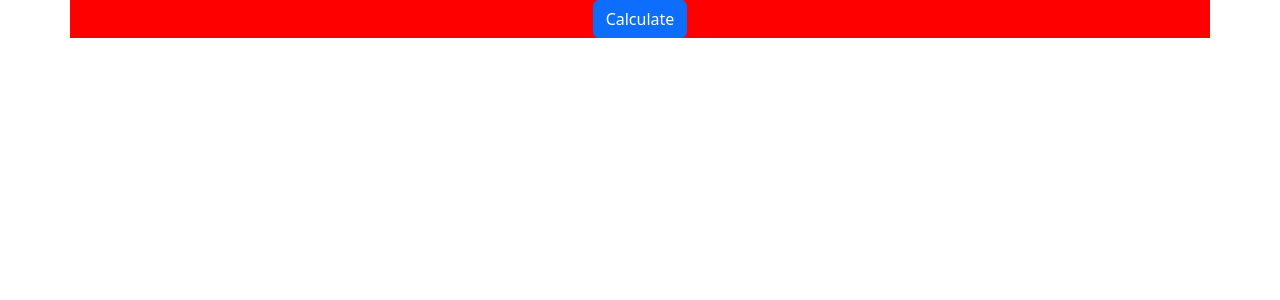
Repository: LeGrandMAG/magCalculator
Page: index.html
These files come from the project's save history. The page is drawn as it stood at one moment and after a run of saves; the edit follows.
The browser window is 1280 px wide. The pictures show the whole page.

Above is the page before, as saved 2022-05-26 12:31:23.

After the next 5 saves:
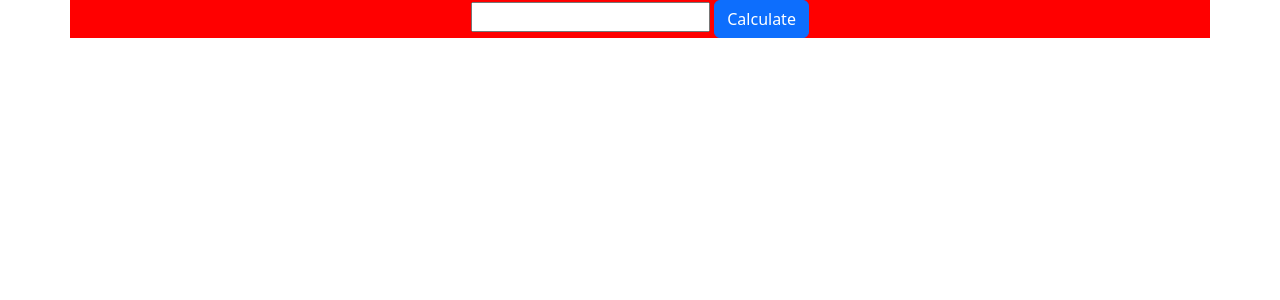
The 5 saves are shown as one change because they came seconds apart.
The last was saved 14 s later.
--- a/index.html
+++ b/index.html
@@ -14,8 +14,10 @@
 
 
     <div class="container">
-        <form action=""></form>
-        <button class="btn btn-primary"> Calculate</button>
+        <form action="">
+            <input type="number">
+            <button class="btn btn-primary"> Calculate</button>
+        </form>
 
     </div>
 
